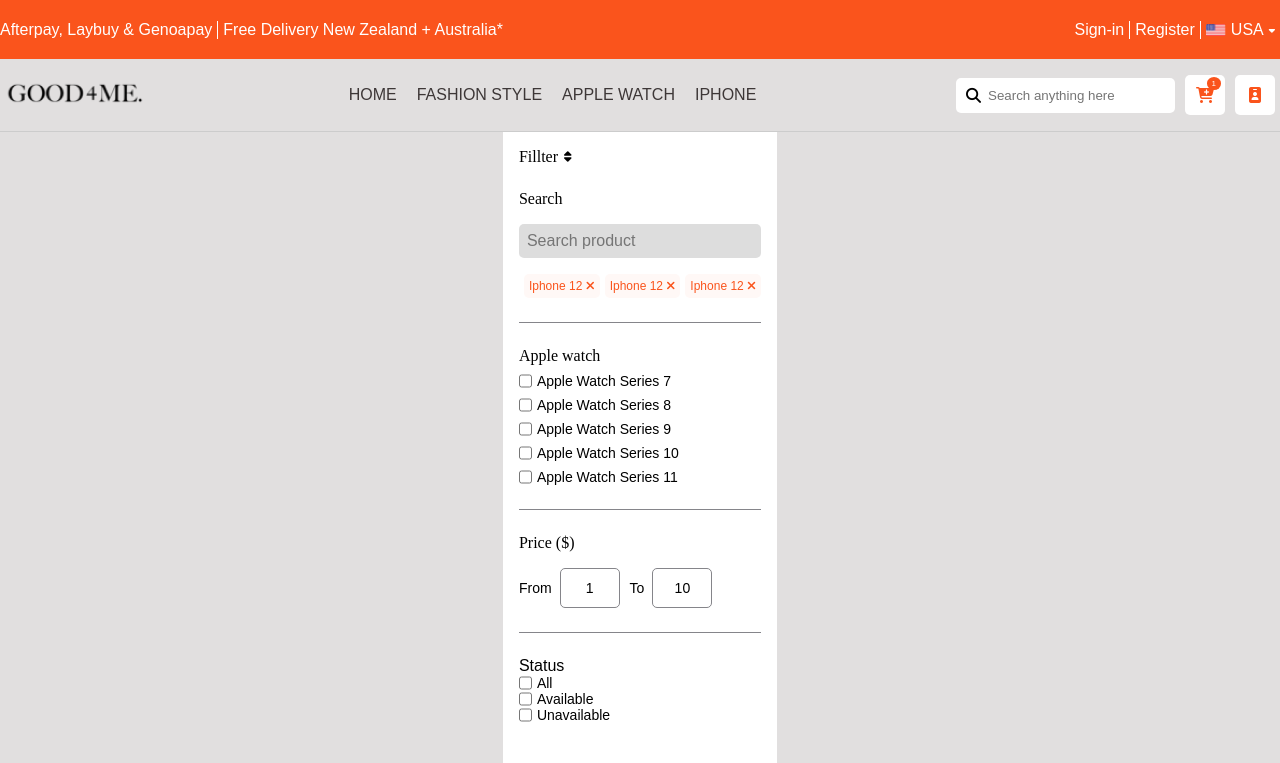
Repository: Ngoc28/Shoppe-web
Page: html/category.html
These files come from the project's save history. The page is drawn as it stood at one moment and after the next save; the edit follows.
The browser window is 1280 px wide. The pictures show the whole page.
Some web fonts or font styles are not loaded; a fallback is used.

Above is the page before, as saved 2023-08-08 14:49:15.

After the next save:
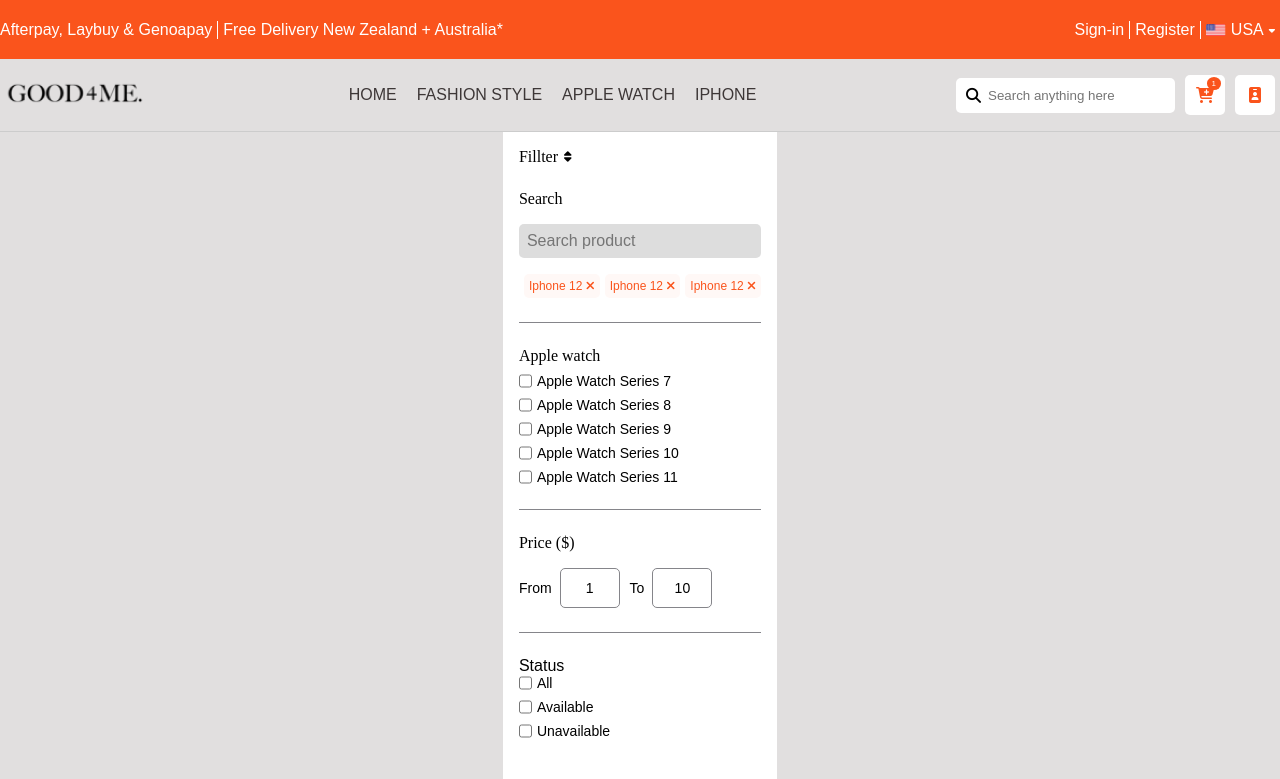
Saved 55 s later.
--- a/accest/css/category.css
+++ b/accest/css/category.css
@@ -87,7 +87,7 @@
     margin-bottom: 8px;
 }
 
-.ontainer-nav-status-check,
+.container-nav-status-check,
 .container-nav-check {
     display: flex;
     flex-direction: column;
